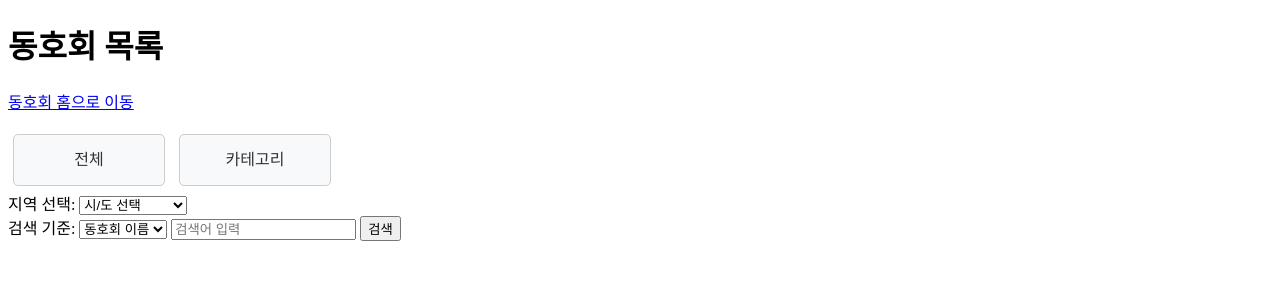
Repository: HB1112/cloud
Page: http://localhost/Solocare/WEB-INF/views/club/clubList.jsp
An editor plug-in stored every save of this project. The page is shown before and after the next save, followed by the edit.
The browser window is 1280 px wide. The pictures show the whole page.
The page is served by Tomcat 9. Nobody is signed in. The template is opened directly, without the code that normally fills it, so the values that code supplies are empty.

Above is the page before, as saved 2024-12-16 05:15:57.

After the next save:
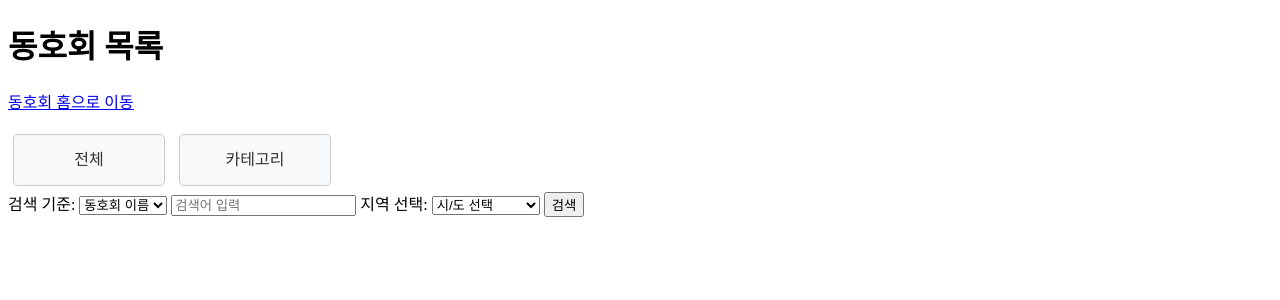
Saved 2 min 9 s later.
--- a/Solocare/src/main/webapp/WEB-INF/views/club/clubList.jsp
+++ b/Solocare/src/main/webapp/WEB-INF/views/club/clubList.jsp
@@ -58,7 +58,19 @@
         </div>
         <!-- 지역 선택 폼 -->
 	    <div>
-	        <label for="regionSelect">지역 선택:</label>
+
+    	</div>
+    </div>
+
+    <!-- 검색 폼 수정 -->
+    <form method="GET" action="${pageContext.request.contextPath}/club/list">
+        <label for="searchType">검색 기준:</label>
+        <select name="searchType" id="searchType">
+            <option value="clubName">동호회 이름</option>
+            <option value="clubDescription">설명</option>
+        </select>
+        <input type="text" name="query" placeholder="검색어 입력" required>
+        <label for="regionSelect">지역 선택:</label>
 	        <select name="region" id="regionSelect">
 	            <option value="">시/도 선택</option>
 	            <option value="서울특별시">서울특별시</option>
@@ -78,17 +90,6 @@
 	            <option value="경상남도">경상남도</option>
 	            <option value="제주특별자치도">제주특별자치도</option>
 	        </select>
-    	</div>
-    </div>
-
-    <!-- 검색 폼 수정 -->
-    <form method="GET" action="${pageContext.request.contextPath}/club/list">
-        <label for="searchType">검색 기준:</label>
-        <select name="searchType" id="searchType">
-            <option value="clubName">동호회 이름</option>
-            <option value="clubDescription">설명</option>
-        </select>
-        <input type="text" name="query" placeholder="검색어 입력" required>
         <button type="submit">검색</button>
     </form>
 
